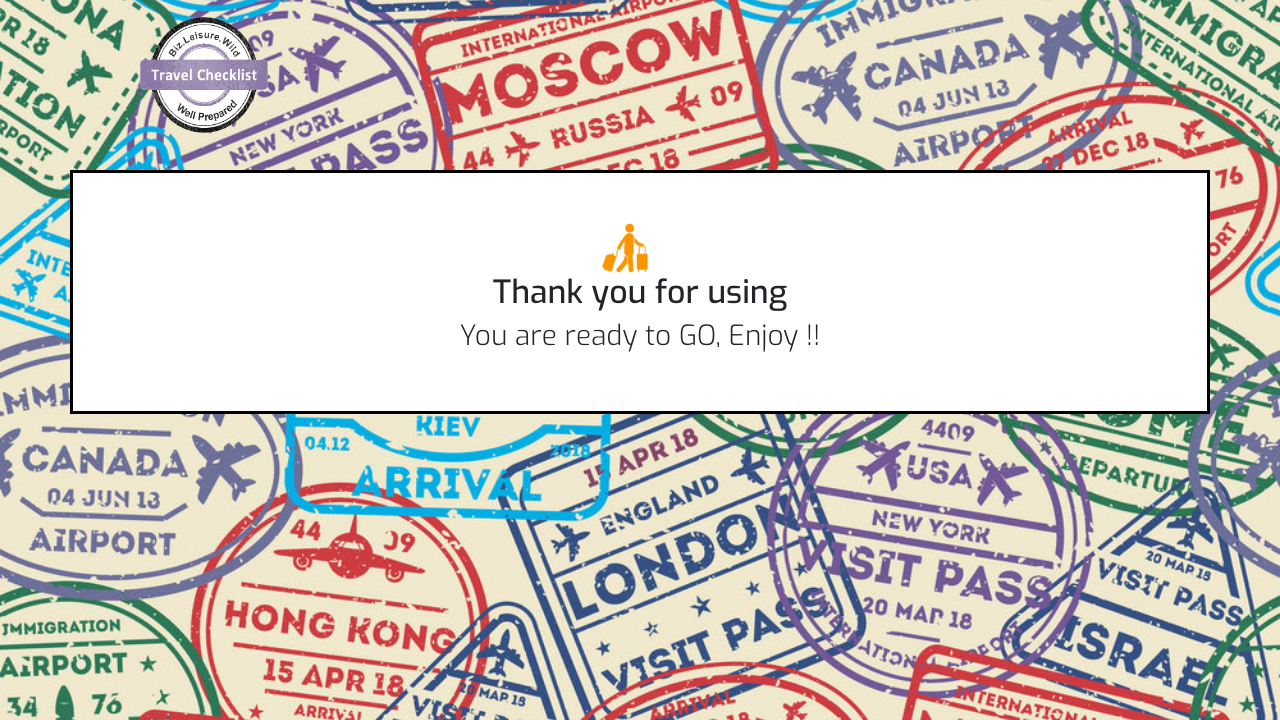
Repository: Code-Institute-Submissions/travelChecklist
Page: donepage.html
The author's editor kept a record of every edit. The page is drawn from the files as they stood at one moment, then again after the next edit.
The browser window is 1280 px wide. The pictures show the whole page.

Above is the page before.

### donepage.html
<!DOCTYPE html>
<html lang="en">

<head>
    <meta charset="UTF-8">
    <meta name="viewport" content="width=device-width, initial-scale=1.0">
    <meta http-equiv="X-UA-Compatible" content="ie=edge">

    <link rel="stylesheet" href="https://stackpath.bootstrapcdn.com/bootstrap/4.3.1/css/bootstrap.min.css" type="text/css">
    <link rel="stylesheet" href="https://stackpath.bootstrapcdn.com/font-awesome/4.7.0/css/font-awesome.min.css" type="text/css">
    <link rel="stylesheet" href="https://cdnjs.cloudflare.com/ajax/libs/hover.css/2.3.1/css/hover-min.css" type="text/css">
    <link rel="stylesheet" href="asset/css/style.css" type="text/css">



    <title>Travel Checklist</title>
</head>

<body>
    <div class="bg-color">
    <header>

            <div class="row">
        <a href="index.html" class="col"><img src="asset/images/logo.png" alt="logo" class="logo"/></a></div>

            <div class="container">
        <div class="row col">
        <img src="asset/images/ready2go.png" alt="ready2go" class="ready2go"/>
        </div>
        <h2>Thank you for using</h2>
        <h3>You are ready to GO, Enjoy !!</h3>

    </div>
    </header>
    </div>


</body>

</html>

### asset/css/style.css
@import url('https://fonts.googleapis.com/css?family=Roboto:100,200,300,400,500,600,700|Exo:100,200,300,400,500,600,700');

body,
html {
  height: 100%;
}

.logo {
  height: 150px;
  margin-left: 10%;
}

.bg-color {
  background-image: url("../images/background.jpg");
  height: 100%;
  max-width: 100%;
  overflow: hidden;
  background-position: center;
  background-repeat: no-repeat;
  background-size: cover;
}



/*--------------------------------------------------------------Middle Container**/

.container {
  width: 100%;
  border: 3px solid black;
  background-color: white;
  padding: 50px;
  margin: 20px;
  margin-left: auto;
  margin-right: auto;
  display: block;
  overflow: scroll;
  overflow-y: scroll;
  min-height: auto;
  max-height: 500px;
  overflow-x: none;
}

/*--------------------------------------------------------------Question Button**/

.btn {
  height: 350px;
  border-color: #aaa;
}

/*--------------------------------------------------------------Question Title**/

h2 {
  text-align: center;
  font-family: Exo, sans-serif;
}

/*--------------------------------------------------------------Checklist**/

.container-checklist {
  display: block;
  position: relative;
  padding-left: 35px;
  margin-bottom: 12px;
  cursor: pointer;
  font-size: 18px;
  -webkit-user-select: none;
  -moz-user-select: none;
  -ms-user-select: none;
  user-select: none;
}

.container-checklist input {
  position: absolute;
  opacity: 0;
  cursor: pointer;
  height: 0;
  width: 0;
}

.checkmark {
  position: absolute;
  top: 0;
  left: 0;
  height: 25px;
  width: 25px;
  background-color: #eee;
}

.container-checklist:hover input ~ .checkmark {
  background-color: #ccc;
}

.container-checklist input:checked ~ .checkmark {
  background-color: #2196F3;
}

.checkmark:after {
  content: "";
  position: absolute;
  display: none;
}

.container-checklist input:checked ~ .checkmark:after {
  display: block;
}

.container-checklist .checkmark:after {
  left: 9px;
  top: 5px;
  width: 5px;
  height: 10px;
  border: solid white;
  border-width: 0 3px 3px 0;
  -webkit-transform: rotate(45deg);
  -ms-transform: rotate(45deg);
  transform: rotate(45deg);
}

/*--------------------------------------------------------------footer**/

.footerbtn {
  float: right;
  margin-right: 3px;
  padding: 15px;
  border-radius: 9px;
  background-color: #8b78a7;
  color: black;
  opacity: 0.8;
  transition: 0.3s;
  text-decoration: none;
  cursor: pointer;
}

.footerbtn:hover {opacity: 1}

/*-------------------------------------------------------------done btn**/

.donebtn {
  float: right;
  margin-right: 15%;
  padding: 15px 20px;
  border-radius: 9px;
  background-color: #8b78a7;
  color: black;
  opacity: 0.8;
  transition: 0.3s;
  text-decoration: none;
  cursor: pointer;
}

.donebtn:hover {
  opacity: 1;;
}

a {
  text-decoration: none;
}

a:hover {
  text-decoration: none;
}

/*---------------------------------------------------------------media**/
@media only screen and (max-width: 600px) {
  .container {height: 70%;}
  .logo {height: 100px;}
}

div#map {
  min-height: 350px;
  width: 50%;
  float: right;
}

.map-location {
  float: left;
}

h3 {
  text-align: center;
  font-family: "Exo", sans-serif;
  font-weight: 300;
}

.ready2go {
  width: 50px;
  display: block;
  margin-left: auto;
  margin-right: auto;
}

After the next edit:
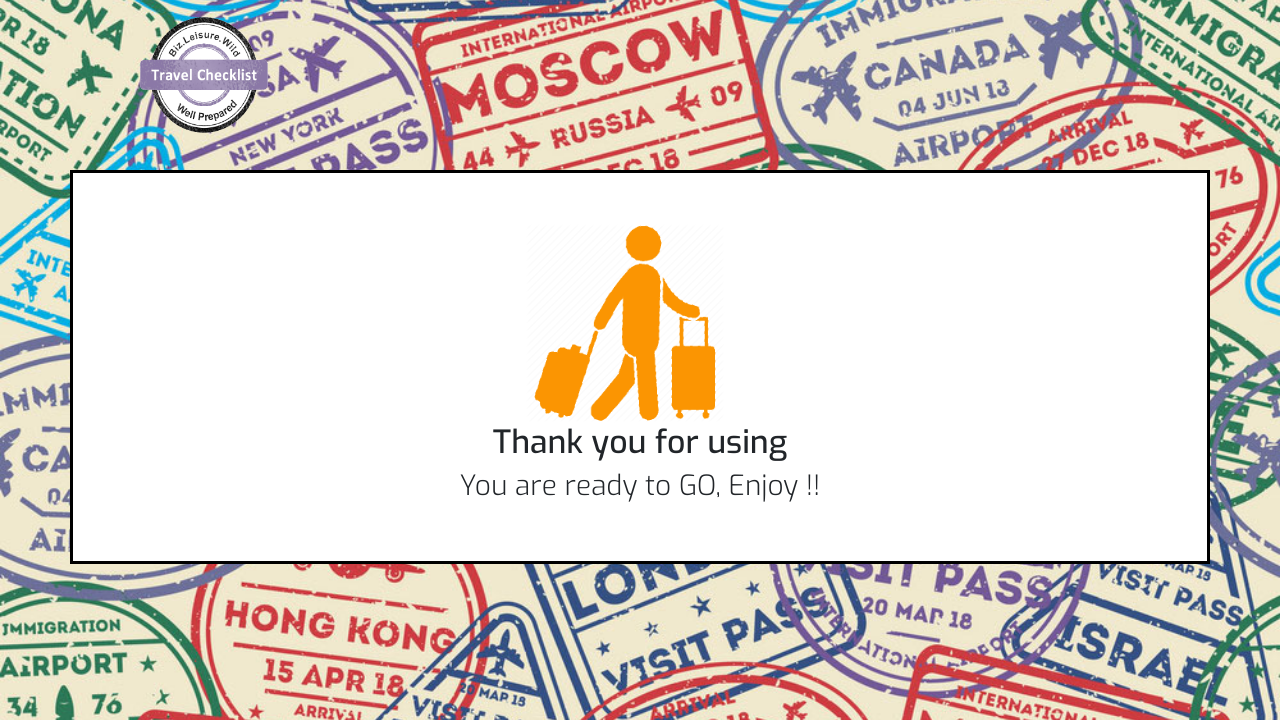
The edit:
--- a/asset/css/style.css
+++ b/asset/css/style.css
@@ -183,7 +183,7 @@
 }
 
 .ready2go {
-  width: 50px;
+  width: 200px;
   display: block;
   margin-left: auto;
   margin-right: auto;
